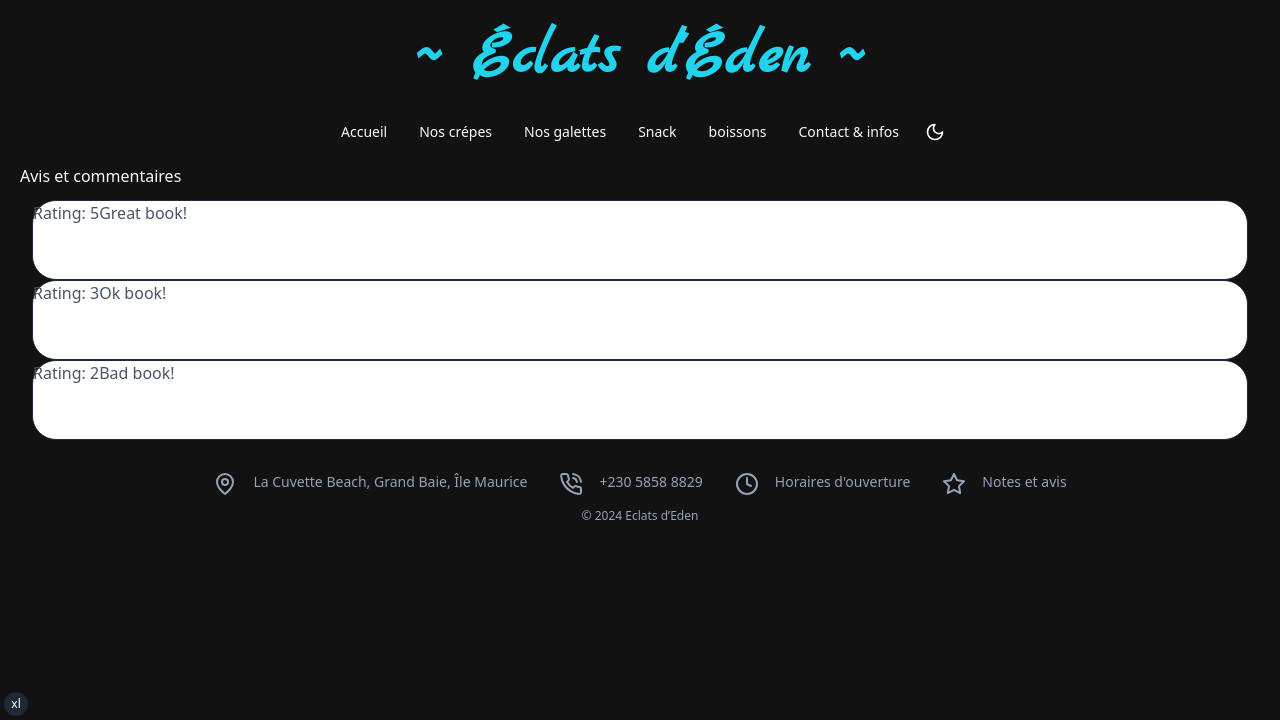
Repository: jeffMauritius/eclats-deden
Page: /reviews
The author's editor kept a copy of each file at every save. The page is drawn from the files as they stood at one save, then again after the next save.
The browser window is 1280 px wide. The pictures show the whole page.
The project was rebuilt for these pictures with package versions that can differ from the ones it lists, and the page was loaded fresh each time. The framework's server and built-in components were replaced by stand-ins that run in the browser. Also part of the build but not shown: next.config.mjs.

Above is the page before, as saved 2024-08-13 12:41:48.

After the next save:
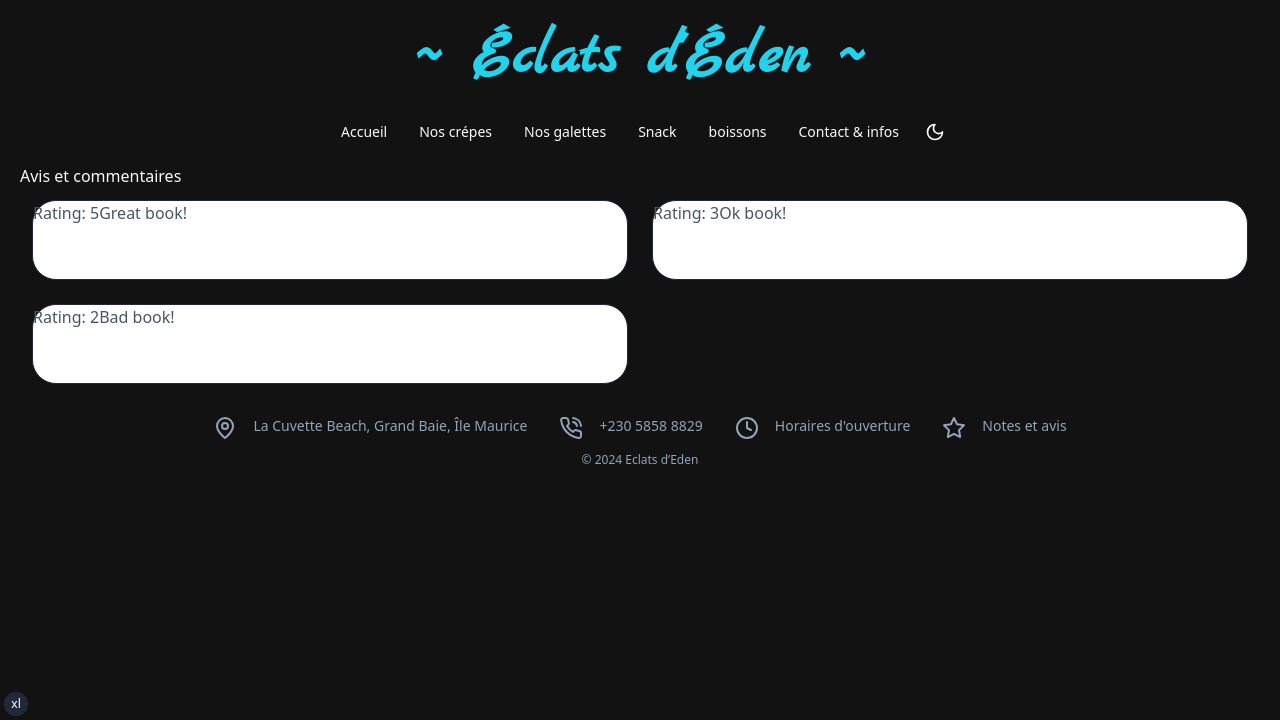
Saved 23 s later.
--- a/src/components/ReviewsList.tsx
+++ b/src/components/ReviewsList.tsx
@@ -7,7 +7,7 @@ const reviews = [
 
 const ReviewsList = () => {
   return (
-    <div className="p-3">
+    <div className="grid gap-6 p-3 md:grid-cols-2">
       {reviews.map(review => (
         <ReviewItem key={review.id} review={review} />
       ))}
